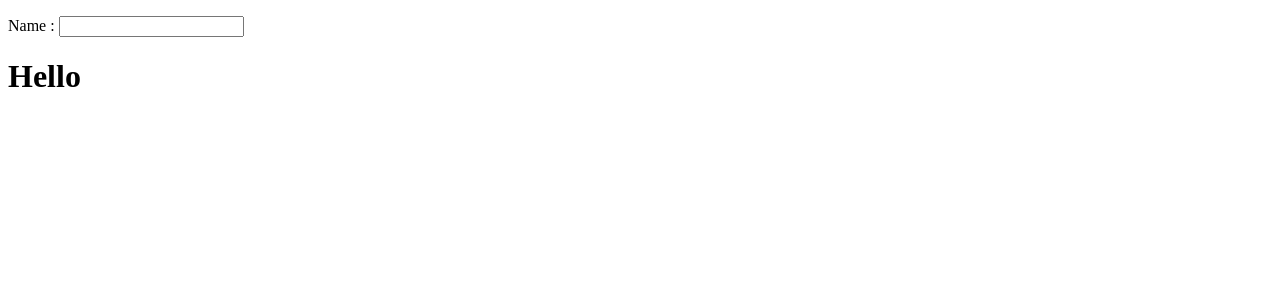
Repository: UtsavChobeD/uangular
Page: angularLearning/WebContent/index.html
The author's editor kept a copy of each file at every save. The page is drawn from the files as they stood at one save, then again after the next save.
The browser window is 1280 px wide. The pictures show the whole page.
Some web libraries are served in a nearby version.

Above is the page before, as saved 2015-08-25 09:36:34.

### angularLearning/WebContent/index.html
<!DOCTYPE html>
<html>
<head>
<meta charset="UTF-8">
<title>Angular-Hello Worlds</title>
</head>
<script
	src="http://ajax.googleapis.com/ajax/libs/angularjs/1.3.14/angular.min.js"></script>
<body>

	<div ng-app="">
		<p>
			Name : <input type="text" ng-model="name">
		</p>
		<h1>Hello {{name}}</h1>
	</div>


</body>
</html>

After the next save:
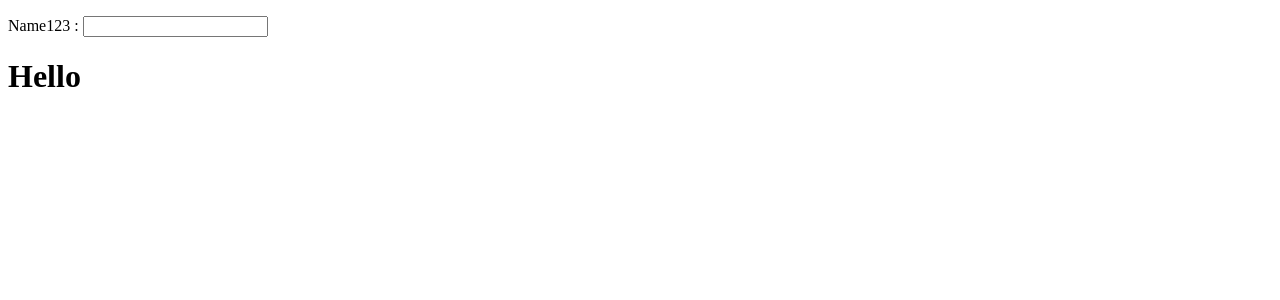
Saved 2 min 12 s later.
--- a/angularLearning/WebContent/index.html
+++ b/angularLearning/WebContent/index.html
@@ -10,7 +10,7 @@
 
 	<div ng-app="">
 		<p>
-			Name : <input type="text" ng-model="name">
+			Name123 : <input type="text" ng-model="name">
 		</p>
 		<h1>Hello {{name}}</h1>
 	</div>

After the save that followed:
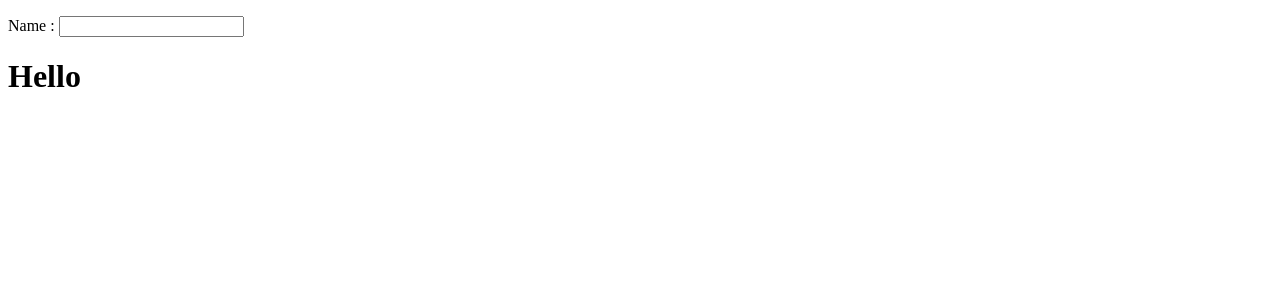
Saved 8 s later.
--- a/angularLearning/WebContent/index.html
+++ b/angularLearning/WebContent/index.html
@@ -10,7 +10,7 @@
 
 	<div ng-app="">
 		<p>
-			Name123 : <input type="text" ng-model="name">
+			Name : <input type="text" ng-model="name">
 		</p>
 		<h1>Hello {{name}}</h1>
 	</div>
